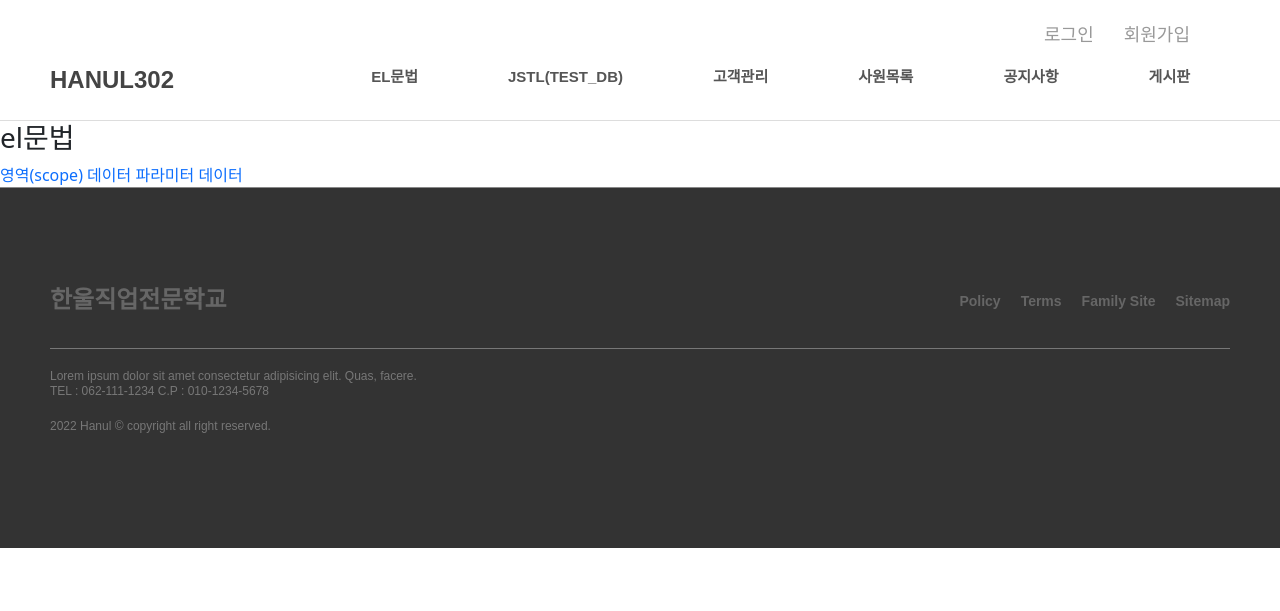
Repository: Xeyeong/servlet
Page: http://localhost/05.MiniProject/el/list.jsp
These files come from the project's save history. The page is drawn as it stood at one moment and after the next save; the edit follows.
The browser window is 1280 px wide. The pictures show the whole page.
Some web libraries are served in a nearby version. The page is served by Tomcat 9. Other server files are loaded and not shown.

Above is the page before, as saved 2022-09-20 00:46:39.

### 05.MiniProject/src/main/webapp/el/list.jsp
<%@ page language="java" contentType="text/html; charset=UTF-8"
    pageEncoding="UTF-8"%>
<!DOCTYPE html>
<html>
<head>
<meta charset="UTF-8">
<title>Insert title here</title>
</head>
<body>
<jsp:include page="/include/header.jsp"/>
	<h3>el문법</h3>
	<a href="scope.el">영역(scope) 데이터</a>
	<a href="form.el">파라미터 데이터</a>

<jsp:include page="/include/footer.jsp"/>

</body>
</html>

### 05.MiniProject/src/main/webapp/include/header.jsp
<%@ page language="java" contentType="text/html; charset=UTF-8"
    pageEncoding="UTF-8"%>
<!DOCTYPE html>
<html>
<head>
<meta charset="UTF-8">
<meta http-equiv="X-UA-Compatible" content="IE=CHROME">
<meta name="viewport" content="width=device-width, initial-scale=1.0">
<title>실습용 테마</title>
<link rel="icon" href="favicon.ico" type="image/x-icon">
<script src="https://kit.fontawesome.com/c47106c6a7.js"
	crossorigin="anonymous"></script>
<link rel="stylesheet" href="css/style.css?<%=new java.util.Date()%>">
<link rel="stylesheet" href="css/common.css?<%=new java.util.Date()%>">
<script src="js/ie.js"></script>
<link
	href="https://cdn.jsdelivr.net/npm/bootstrap@5.2.0-beta1/dist/css/bootstrap.min.css"
	rel="stylesheet"
	integrity="sha384-0evHe/X+R7YkIZDRvuzKMRqM+OrBnVFBL6DOitfPri4tjfHxaWutUpFmBp4vmVor"
	crossorigin="anonymous">
<script
	src="https://cdn.jsdelivr.net/npm/bootstrap@5.2.0-beta1/dist/js/bootstrap.bundle.min.js"
	integrity="sha384-pprn3073KE6tl6bjs2QrFaJGz5/SUsLqktiwsUTF55Jfv3qYSDhgCecCxMW52nD2"
	crossorigin="anonymous"></script>
<script src="https://code.jquery.com/jquery-3.6.0.min.js"></script>
</head>
<body>
	<header>
		<div class="inner">
			<h1>
				<a href="#">HANUL302</a>
			</h1>
			<ul id="gnb">
				<li><a href="list.el">EL문법</a></li>
				<li><a href="list.te">JSTL(TEST_DB)</a></li>
				<li><a href="list.cu">고객관리</a></li>
				<li><a href="#">사원목록</a></li>
				<li><a href="#">공지사항</a></li>
				<li><a href="#">게시판</a></li>
			</ul>



			<ul class="util">
				<li><a href="#">로그인</a></li>
				<li><a href="#">회원가입</a></li>
			</ul>

		</div>

	</header>
</body>
</html>

### 05.MiniProject/src/main/webapp/include/footer.jsp
<%@ page language="java" contentType="text/html; charset=UTF-8"
    pageEncoding="UTF-8"%>
<footer>
		<div class="inner">
			<div class="upper">
				<h1>한울직업전문학교</h1>
				<ul>
					<li><a href="#">Policy</a></li>
					<li><a href="#">Terms</a></li>
					<li><a href="#">Family Site</a></li>
					<li><a href="#">Sitemap</a></li>
				</ul>
			</div>
			<div class="lower">
				<address>
					Lorem ipsum dolor sit amet consectetur adipisicing elit. Quas,
					facere.<br> TEL : 062-111-1234 C.P : 010-1234-5678
				</address>
				<p>2022 Hanul &copy; copyright all right reserved.</p>
			</div>
		</div>
</footer>

### 05.MiniProject/src/main/webapp/css/style.css
@charset 'utf-8';


* {
	margin: 0px;
	padding: 0px;
	box-sizing: border-box;
}
ul,
ol {
	list-style: none;
}
a {
	text-decoration: none;
}

/* header */
header {
	width: 100%;
	border-bottom: 1px solid #ddd;
}
header .inner {
	width: 1180px;
	height: 120px;
	margin: 0px auto;
	position: relative; /*자식 absolute 요소의 기준점 설정*/
}
header .inner h1 {
	position: absolute;
	left: 0px;
	bottom: 15px;
}
header .inner h1 a {
	font: bold 24px/1 "arial";
	color: #444;
}
header .inner .util {
	position: absolute;
	top: 20px;
	right: 30px;
}
header .inner .util li {
	float: left;
}
header .inner .util li a {
	display: block;
	font: 18px "arial";
	color: #999;
	padding: 0px 10px;
}
header .inner #gnb {
	position: absolute;
	bottom: 0px;
	right: 0px;
}
header .inner #gnb li {
	float: left;
}
header .inner #gnb li a {
	display: block; /*인라인 요소는 block설정하여 크기를 조절가능*/
	font: bold 15px/1 "arial";
	color: #555;
	padding: 20px 40px;
	transition: all 0.5s;
}
header .inner #gnb li a:hover {
	background: #555;
	color: #fff;
}
figure {
	width: 100%;
	height: calc(100vh - 120px); /*전체 브라우저 높이에서 120px만큼 빼줌*/
	background: #000;
	position: relative;
	overflow: hidden;
	padding-top: 250px;
}
figure video {
	object-fit: cover; /*영상을 figure안쪽에 꽉 차도록 설정*/
	width: 100%;
	height: 100%;
	opacity: 0.3;
	position: absolute;
	top: 0px;
	left: 0px;
}
figure .inner {
	width: 1180px;
	margin: 0px auto;
	position: relative;
}
figure .inner h1 {
	font: normal 120px/1 "arial";
	color: #fff;
	margin-bottom: 20px;
}
figure .inner p {
	font: 16px/1.4 "arial";
	color: #888;
	margin-bottom: 60px;
}
figure .inner a {
	display: block;
	width: 400px;
	height: 30px;
	border: 1px solid #bbb;
	font: bold 11px/30px "arial";
	color: #fff;
	text-align: center;
	letter-spacing: 1px;
	transition: all 0.5s;
}
figure .inner a:hover {
	background: #fff;
	color: #555;
}
/* news */
section {
	width: 100%;
	padding: 200px 0px;
}
section .inner {
	width: 1180px;
	margin: 0px auto;
}
section .inner h1 {
	font: bold 24px/1 "arial";
	color: #555;
	text-align: center;
	margin-bottom: 50px;
}
section .inner .wrap {
	width: 100%;
}
section .inner .wrap::after {
	/*자식 요소인 article의 float해제*/
	content: "";
	display: block;
	clear: both;
}
section .inner .wrap article {
	width: 32%;
	float: left;
	margin-right: 20px;
}
section .inner .wrap article:last-child {
	/*제일 오른쪽 마지막 요소만 여백제거*/
	margin-right: 0px;
}
section .inner .wrap article h2 {
	margin-bottom: 10px;
}
section .inner .wrap article h2 a {
	font: bold 16px/1 "arial";
	color: #555;
}
section .inner .wrap article p {
	font: 14px/1.4 "arial";
	color: #777;
}
section .inner .wrap article .pic {
	width: 100%;
	height: 120px;
	background: #333;
	margin-bottom: 15px;
	position: relative;
	overflow: hidden;
}
section .inner .wrap article .pic img {
	object-fit: cover; /*pic프레임안에 이미지 꽉 채움*/
	width: 100%;
	height: 100%;
}
/* footer */
footer {
	width: 100%;
	background: #333;
	padding: 100px 0px;
	border-top: 1px solid #888;
}
footer .inner {
	width: 1180px;
	margin: 0px auto;
}
footer .inner .upper {
	width: 100%;
	border-bottom: 1px solid #777;
	padding-bottom: 20px;
}
footer .inner .upper::after {
	/*상단 영역 float해제*/
	content: "";
	display: block;
	clear: both;
}
footer .inner .upper h1 {
	float: left;
	font: bold 24px/1 "arial";
	color: #666;
}
footer .inner .upper ul {
	float: right;
}
footer .inner .upper ul li {
	float: left;
	margin-left: 20px;
}
footer .inner .upper ul li a {
	font: bold 14px/1 "arial";
	color: #666;
}
footer .inner .lower {
	width: 100%;
	padding-top: 20px;
}
footer .inner .lower address {
	width: 100%;
	font: 12px/1.3 "arial";
	color: #777;
	margin-bottom: 20px;
}
footer .inner .lower p {
	width: 100%;
	font: 12px/1 "arial";
	color: #777;
}

.styled-table {
	width: 80%;
    border-collapse: collapse;
    margin: 2% 10% 2% 10% ;
    font-size: 0.9em;
    font-family: sans-serif;
    min-width: 400px;
    box-shadow: 0 0 20px rgba(0, 0, 0, 0.15);

}

.styled-table thead tr {
    background-color: #009879;
    color: #ffffff;
    text-align: left;
}

.styled-table th,
.styled-table td {
    padding: 12px 15px;
}

.styled-table tbody tr {
    border-bottom: 1px solid #dddddd;
}

.styled-table tbody tr:nth-of-type(even) {
    background-color: #f3f3f3;
}

.styled-table tbody tr:last-of-type {
    border-bottom: 2px solid #009879;
}

.styled-table tbody tr.active-row {
    font-weight: bold;
    color: #009879;
}



.styled-table {
	width: 80%;
    border-collapse: collapse;
    margin: 2% 10% 2% 10%;
    font-size: 0.9em;
    font-family: sans-serif;
    min-width: 400px;
    box-shadow: 0 0 20px rgba(0, 0, 0, 0.15);
}

.styled-table thead tr {
    background-color: #009879;
    color: #ffffff;
    text-align: left;
}

.styled-table th,
.styled-table td {
    padding: 12px 15px;
}

.styled-table tbody tr {
    border-bottom: 1px solid #dddddd;
}

.styled-table tbody tr:nth-of-type(even) {
    background-color: #f3f3f3;
}

.styled-table tbody tr:last-of-type {
    border-bottom: 2px solid #009879;
}

.styled-table tbody tr.active-row {
    font-weight: bold;
    color: #009879;
}
.list-top{
	width: 80%;
	margin: 2%, 10%;
}
input[ type=button ] {
	padding : 2px 10px
}

input[ type=submit ]{
	padding: 2px 10px
}

### 05.MiniProject/src/main/webapp/css/common.css
@charset "UTF-8";

ul {
	list-style-type: none;
	align-items: center;
	padding: 0;
}

.center {
	position: absolute;
	left: 50%;
	top: calc(120px + 50%);
	transform: translate(-50%, -50%);
}

.list-top {
	display: flex;
	justify-content: space-between;
}

.list-top ul {
	display: flex;
}

table.tb-list th, table.tb-list td {
	border: 1px solid #b0b0b0;
}

.list-top {
	width: 80%;
	margin: 2% 10%
}

input[type=button], input[type=submit] {
	padding: 2px 10px
}

table th {
	background-color: #009879 !important;
	color: #fff;
}

label:not(:last-child) {
	margin-right: 30px
}

.btnSet {
	margin: 20px auto;
	width: 80%;
}

.btnSet a:not(:last-child) {
	margin-right: 5px
}

a {
	text-decoration: none !important;
}

a.btn-fill, a.btn-empty {
	height: 28px;
	padding: 3px 15px;
	border: 1px solid #009879;
	border-radius: 3px;
}

a.btn-fill {
	background-color: #009879;
	color: #fff;
}

a.btn-empty {
	color: #009879;
}

input {
	padding: 0 10px;
}

input:focus {
	outline: none !important;
	border-color: #009879;
}

.tb-wrap {
	overflow: auto;
	margin: 20px auto;
	height: 500px;
	width: 80%;
}

.tb-wrap table {
	width: 100%;
	margin: 0;
}

header ul li:not(:first-child) {
	margin-left: 10px
}

.valid {
	color: green;
	font-size: 14px;
	font-weight: bold;
}

.invalid {
	color: red;
	font-size: 14px;
	font-weight: bold;
}

.font {
	font-size: 18px;
}

#delete {
	display: none;
}

.w-px40 {
	width: 40px
}

.w-px60 {
	width: 60px
}

.w-px80 {
	width: 80px
}

.w-px100 {
	width: 100px
}

.w-px120 {
	width: 120px
}

.w-px140 {
	width: 140px
}

.w-px160 {
	width: 160px
}

.w-px180 {
	width: 180px
}

.w-px200 {
	width: 200px
}

.w-px220 {
	width: 220px
}

.w-px250 {
	width: 250px
}

.w-px300 {
	width: 300px
}

Loaded but not shown: 05.MiniProject/src/main/webapp/js/ie.js (common file)

After the next save:
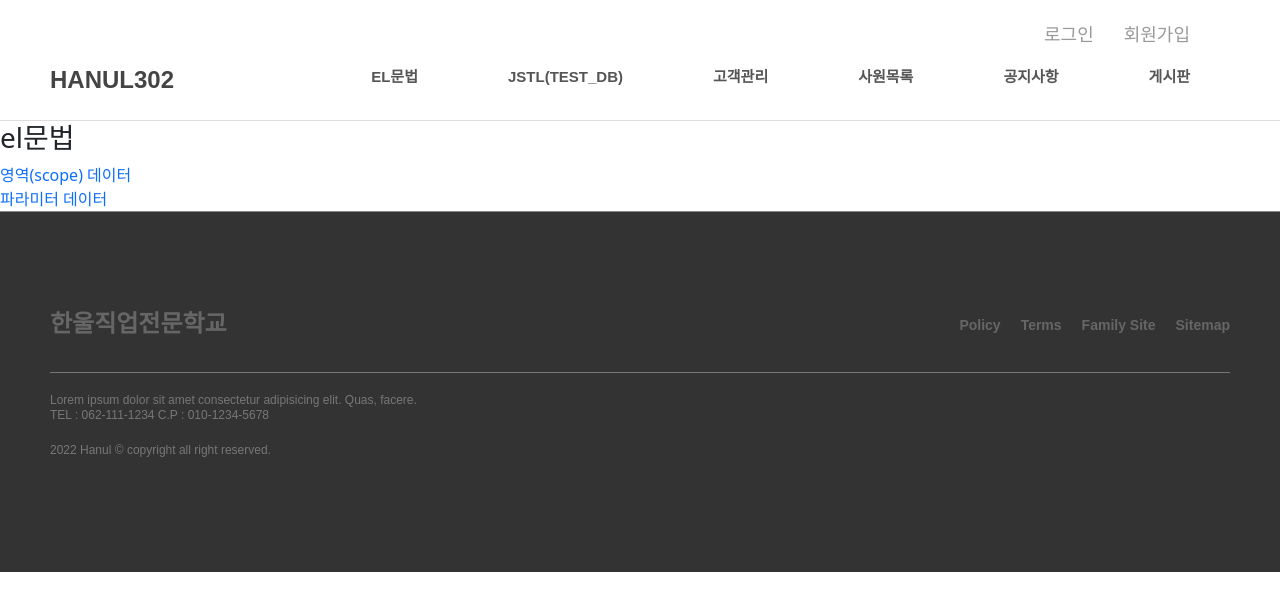
Saved 30 s later.
--- a/05.MiniProject/src/main/webapp/el/list.jsp
+++ b/05.MiniProject/src/main/webapp/el/list.jsp
@@ -9,8 +9,8 @@
 <body>
 <jsp:include page="/include/header.jsp"/>
 	<h3>el문법</h3>
-	<a href="scope.el">영역(scope) 데이터</a>
-	<a href="form.el">파라미터 데이터</a>
+	<div><a href="scope.el">영역(scope) 데이터</a></div>
+	<div><a href="form.el">파라미터 데이터</a></div>
 
 <jsp:include page="/include/footer.jsp"/>
 
